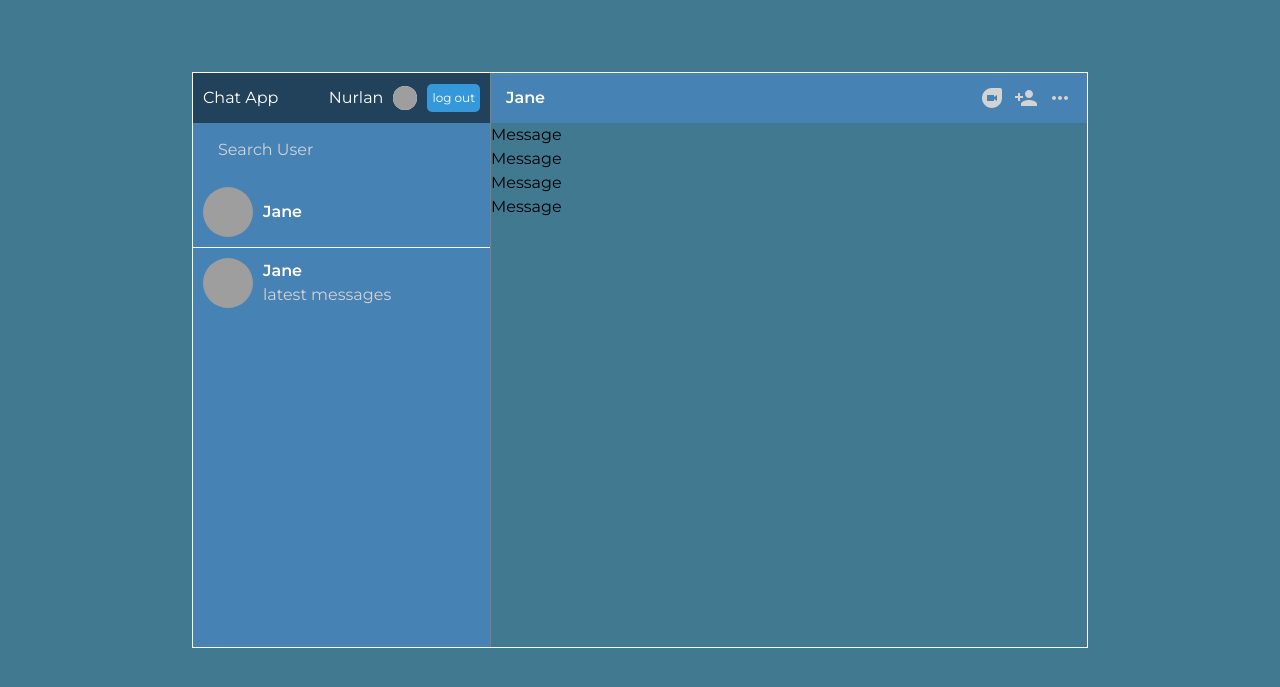
Repository: Nurlan-Bakenbaev/chat-app
Page: /
These files come from the project's save history. The page is drawn as it stood at one moment and after a run of saves; the edit follows.
The browser window is 1280 px wide. The pictures show the whole page.
Pictures or frames that could not be fetched are drawn as grey boxes. The project was rebuilt for these pictures with package versions that can differ from the ones it lists, and the page was loaded fresh each time. Also part of the build but not shown: vite.config.js. Imported but missing from the stored project, and not drawn on this page: src/pages/Login.

Above is the page before, as saved 2023-08-19 18:09:29.

### index.html
<!doctype html>
<html lang="en">
  <head>
    <meta charset="UTF-8" />
    <link rel="preconnect" href="https://fonts.googleapis.com">
<link rel="preconnect" href="https://fonts.gstatic.com" crossorigin>
<link href="https://fonts.googleapis.com/css2?family=Montserrat:wght@400;600&display=swap" rel="stylesheet">
    <link rel="icon" type="image/svg+xml" href="/vite.svg" />
    <meta name="viewport" content="width=device-width, initial-scale=1.0" />
    <title>Chat App</title>
  </head>
  <body>
    <div id="root"></div>
    <script type="module" src="/src/main.jsx"></script>
  </body>
</html>

### src/App.jsx
import './style.scss'
import './App.css'
import Login from './pages/Login'
import Home from './pages/Home'

function App() {

  return (
    <div>
    <Home/>
    </div>
  )
}

export default App

### src/style.scss
.formContainer,
.home {
  background: rgb(65, 121, 144);
  height: 100vh;
  display: flex;
  align-items: center;
  justify-content: center;
  font-family: "Montserrat", sans-serif;

  .formWrapper {
    background-color: white;
    padding: 40px 70px;
    border-radius: 20px;
    display: flex;
    flex-direction: column;
    align-items: center;
    gap: 10px;
    .logo {
      font-size: 24px;
      color: steelblue;
      font-weight: bolder;
    }
    .title {
      font-size: 18px;
      color: steelblue;
      font-weight: bolder;
    }
    form {
      display: flex;
      flex-direction: column;
      gap: 15px;

      .fileSvg {
        font-size: 12px;
        color: rgb(103, 103, 103);
        display: flex;
        align-items: center;
        transition: scale 2s ease;
        gap: 5px;
        cursor: pointer;
      }
      .fileSvg:hover {
        transform: scale(1.02);
      }
      input {
        padding: 15px 60px;
        border: none;
        border-bottom: 1px solid pink;
        outline: none;

        &::placeholder {
          color: rgb(178, 178, 178);
        }
      }
      button {
        background-color: steelblue;
        color: white;
        padding: 10px;
        font-weight: bold;
        border: none;
        cursor: pointer;
      }
    }
    p {
      color: rgb(66, 82, 95);
      font-size: 14px;
      margin-top: 10px;
    }
  }
}

.home {
  .container {
    border: 1px solid white;
    width: 70%;
    height: 80%;
    display: grid;
    grid-template-columns: 1fr 2fr;
    overflow: hidden;

    .sidebar {
      flex: 1;
      border-right: 1px solid gray;
      background-color: steelblue;
      color: white;
      .navbar {
        display: flex;
        align-items: center;
        background-color: rgb(34, 66, 91);
        height: 50px;
        justify-content: space-between;
        padding: 10px;
        .logo {
          font-size: bold;
        }
        .user {
          display: flex;
          gap: 10px;
          align-items: center;
        }
        img {
          width: 24px;
          height: 24px;
          background-color: white;
          border-radius: 50%;
          object-fit: cover;
        }

        button {
          position: relative;
  overflow: hidden;
  background-color: #3498db;
  color: white;
  font-size: 12px;
  border-radius: 5px;
  padding: 5px;
  transition: background-color 0.3s;
  border: none;
  outline: n;
        }
      }
      .search {
        border-bottom: 1px solid white;

        .searchForm {
          padding: 10px;
          input {
            background-color: transparent;
            outline: none;
            padding: 5px;
            color: white;
            width: 100%;
            border-radius: 10px;
            border: none;

            &::placeholder {
              color: lightgray;
              padding-left: 10px;
            }
          }
        }
      }
      .userChat {
        padding: 10px;
        display: flex;
        align-items: center;
        gap: 10px;
        color: white;
        transition: background-color 0.2s ease-in;
        transition: scale 0.3s ease;

        &:hover {
          transform: scale(1.02);
          background-color: rgb(42, 80, 112);
        }
        img {
          width: 50px;
          height: 50px;
          border-radius: 50%;
          object-fit: cover;
        }
        .userChatInfo {
          span {
            font-style: 18px;
            font-weight: bolder;
          }
          p {
            font-style: 12px;
            color: lightgray;
          }
        }
      }
    }
    .chat {
      flex: 2;
      .chatInfo {
        background-color: steelblue;
        height: 50px;
        display: flex;
        align-items: center;
        justify-content: space-between;
        padding: 15px;
        color: white;

        span {
          font-weight: bold;
        }

        .chatIcons {
          display: flex;
          gap: 10px;
          color: white;
        }
        .chatIcons svg {
          color: rgb(211, 211, 211);
          cursor: pointer;
          transition: scale 0.2s ease-in;
          &:hover {
            transform: scale(1.2);
          }
        }
      }
    }
  }
}

### src/pages/Home.jsx
import React from 'react'
import SideBar from '../components/SideBar'
import Chat from '../components/Chat'



const Home = () => {
  return (
    <div className='home'>
      <div className="container">
        <SideBar/>
        <Chat/>

      </div>
    </div>
  )
}

export default Home

### src/components/SideBar.jsx
import React from "react";
import Navbar from "./Navbar";
import Search from "./Search";
import Chats from "./Chats";




const SideBar = () => {
  return (
    <div className="sidebar">
      <Navbar />
      <Search/>
      <Chats/>
    </div>
  );
};

export default SideBar;

### src/components/Chat.jsx
import React from "react";
import DuoIcon from "@mui/icons-material/Duo";
import PersonAddIcon from "@mui/icons-material/PersonAdd";
import MoreHorizIcon from "@mui/icons-material/MoreHoriz";
import Messages from "./Messages";
const Chat = () => {
  return (
    <div className="chat">
      <div className="chatInfo">
        <span>Jane</span>
        <div className="chatIcons">
          <DuoIcon />
          <PersonAddIcon />
          <MoreHorizIcon />
        </div>
      </div>
      <Messages />
    </div>
  );
};

export default Chat;

### src/components/Navbar.jsx
import React from "react";

const Navbar = () => {
  return (
    <div className="navbar">
      <span className="logo">Chat App</span>
      <div className="user">
        <span>Nurlan</span>
         <img src="https://images.pexels.com/photos/5197322/pexels-photo-5197322.jpeg?auto=compress&cs=tinysrgb&w=1260&h=750&dpr=2" alt="accaunt-photo" />
        <button>log out</button>
      </div>
    </div>
  );
};

export default Navbar;

### src/components/Search.jsx
import React from 'react'

const Search = () => {
  return (
    <div className='search'>
      <div className='searchForm'>
        <input type="text"placeholder='Search User' />
      </div>
      <div className='userChat'>
        <img src="https://images.pexels.com/photos/5971330/pexels-photo-5971330.jpeg?auto=compress&cs=tinysrgb&w=1260&h=750&dpr=2" alt="User-img" />
      <div className="userChatInfo">
        <span>Jane</span>
      </div>
      </div>
    </div>
  )
}

export default Search

### src/components/Chats.jsx
import React from 'react'

const Chats = () => {
  return (
    <div className='chats'>
     <div className='userChat'>
        <img src="https://images.pexels.com/photos/5971330/pexels-photo-5971330.jpeg?auto=compress&cs=tinysrgb&w=1260&h=750&dpr=2" alt="User-img" />
      <div className="userChatInfo">
        <span>Jane</span>
        <p>latest messages</p>
      </div>
      </div>
    </div>
  )
}

export default Chats

### src/components/Messages.jsx
import React from 'react'
import Message from './Message'
const Messages = () => {
  return (
    <div className='messages'>
      <Message/>
      <Message/>
      <Message/>
      <Message/>
    </div>
  )
}

export default Messages

Loaded but not shown: src/main.jsx (common file); src/index.css (common file); src/App.css (common file); src/components/Message.jsx (common file); tailwind.config.js (common file)

After the next 2 saves:
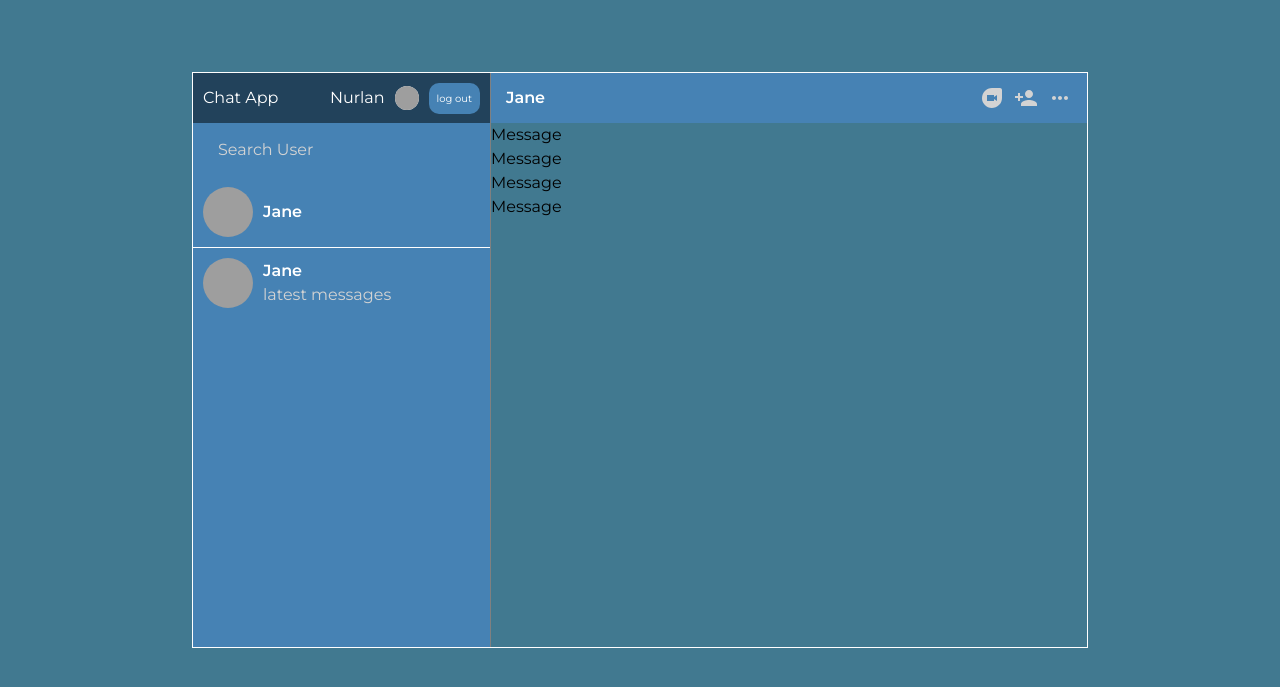
The 2 saves are shown as one change because they came seconds apart.
The last was saved 8 s later.
--- a/src/style.scss
+++ b/src/style.scss
@@ -1,5 +1,5 @@
 .formContainer,
-.home {
+.home{
   background: rgb(65, 121, 144);
   height: 100vh;
   display: flex;
@@ -70,6 +70,7 @@
 }
 
 .home {
+
   .container {
     border: 1px solid white;
     width: 70%;
@@ -107,16 +108,13 @@
         }
 
         button {
-          position: relative;
-  overflow: hidden;
-  background-color: #3498db;
-  color: white;
-  font-size: 12px;
-  border-radius: 5px;
-  padding: 5px;
-  transition: background-color 0.3s;
-  border: none;
-  outline: n;
+          background-color: steelblue;
+          color: white;
+          font-size: 10px;
+          border: none;
+          cursor: pointer;
+          padding: 8px;
+          border-radius: 10px;
         }
       }
       .search {
@@ -150,7 +148,7 @@
         transition: scale 0.3s ease;
 
         &:hover {
-          transform: scale(1.02);
+          transform: scale(1.01);
           background-color: rgb(42, 80, 112);
         }
         img {
@@ -159,12 +157,12 @@
           border-radius: 50%;
           object-fit: cover;
         }
-        .userChatInfo {
-          span {
-            font-style: 18px;
-            font-weight: bolder;
-          }
-          p {
+        .userChatInfo{
+        span{
+          font-style: 18px;
+          font-weight: bolder;
+
+        }  p{
             font-style: 12px;
             color: lightgray;
           }
@@ -173,7 +171,7 @@
     }
     .chat {
       flex: 2;
-      .chatInfo {
+      .chatInfo{
         background-color: steelblue;
         height: 50px;
         display: flex;
@@ -182,24 +180,25 @@
         padding: 15px;
         color: white;
 
-        span {
+        span{
           font-weight: bold;
         }
 
-        .chatIcons {
+        .chatIcons{
           display: flex;
           gap: 10px;
           color: white;
-        }
-        .chatIcons svg {
-          color: rgb(211, 211, 211);
-          cursor: pointer;
-          transition: scale 0.2s ease-in;
-          &:hover {
-            transform: scale(1.2);
-          }
-        }
-      }
+      }
+     .chatIcons svg{
+      color: rgb(211, 211, 211);
+      cursor: pointer;
+      transition: scale 0.2s ease-in;
+      &:hover{
+        transform: scale(1.2);
+
+      }
+     }
     }
   }
 }
+}
